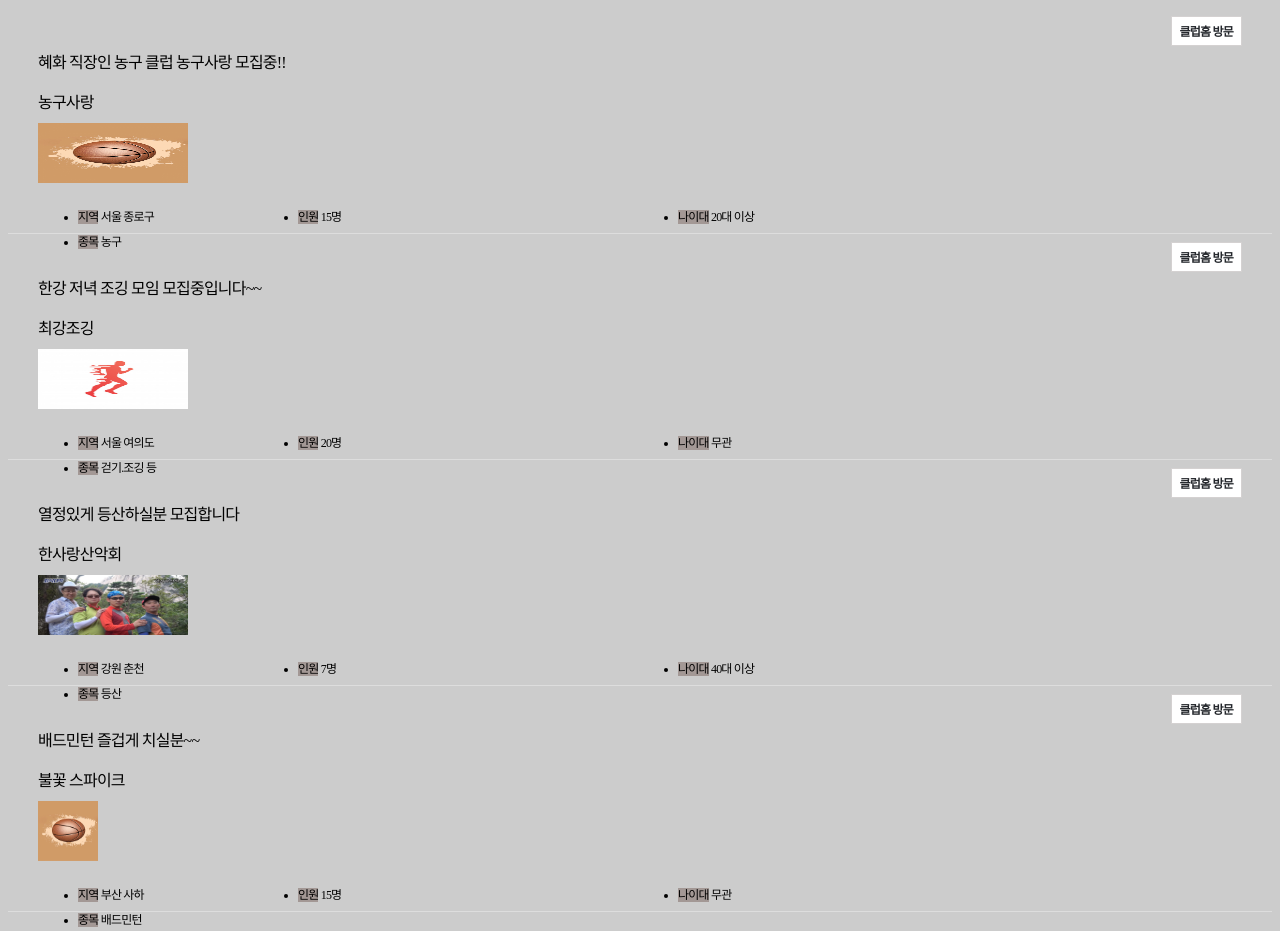
Repository: jaemin333/study
Page: club.html
An editor plug-in stored every save of this project. The page is shown before and after the next save, followed by the edit.
The browser window is 1280 px wide. The pictures show the whole page.

Above is the page before, as saved 2021-07-02 02:37:50.

### club.html
<!DOCTYPE html>
<html lang="ko">
<head>
    <meta charset="UTF-8">
    <meta http-equiv="X-UA-Compatible" content="IE=edge">
    <meta name="viewport" content="width=device-width, initial-scale=1.0">
    <link rel ="stylesheet" type = "text/css" href = "style.css">
    <title>club</title>
</head>
<body>
    <div class = "clubList">
    <div class = "clubBox">
        <p class = "clubTip">
            <a>혜화 직장인 농구 클럽 농구사랑 모집중!!</a>
        </p>
    <div class ="cbClubName">
        <a>농구사랑</a>
        <a class ="iButton">클럽홈 방문</a>
    </div>

    <div class ="cbInfo">
        <div class="cbMark">
            <span class="clubmark">
                <img src = "bask.png" width="150" height="60">
        </div>
    <ul>
        <li>
            <span class = "info dark">지역</span>
             서울 종로구
        </li>
        <li style = "width:380px;">
            <span class = "info dark">인원</span>
             15명
        </li>
        <li style = "width:380px;">
            <span class = "info dark">나이대</span>
             20대 이상
        </li>
        <li style = "width:380px;">
            <span class = "info dark">종목</span>
             농구
        </li>
    </ul>
    </div>
    </div>
    </div>

    <div class = "clubList">
        <div class = "clubBox">
            <p class = "clubTip">
                <a>한강 저녁 조깅 모임 모집중입니다~~</a>
            </p>
        <div class ="cbClubName">
            <a>최강조깅</a>
            <a class ="iButton">클럽홈 방문</a>
        </div>

        <div class ="cbInfo">
            <div class="cbMark">
                <span class="clubmark">
                    <img src = "run.jpg" width="150" height="60">
            </div>
        <ul>
            <li>
                <span class = "info dark">지역</span>
                 서울 여의도
            </li>
            <li style = "width:380px;">
                <span class = "info dark">인원</span>
                 20명
            </li>
            <li style = "width:380px;">
                <span class = "info dark">나이대</span>
                 무관
            </li>
            <li style = "width:380px;">
                <span class = "info dark">종목</span>
                 걷기.조깅 등
            </li>
        </ul>
        </div>
        </div>
        </div>

        <div class = "clubList">
            <div class = "clubBox">
                <p class = "clubTip">
                    <a>열정있게 등산하실분 모집합니다</a>
                </p>
            <div class ="cbClubName">
                <a>한사랑산악회</a>
                <a class ="iButton">클럽홈 방문</a>
            </div>

            <div class ="cbInfo">
                <div class="cbMark">
                    <span class="clubmark">
                        <img src = "hike.png" width="150" height="60">
                </div>
            <ul>
                <li>
                    <span class = "info dark">지역</span>
                     강원 춘천
                </li>
                <li style = "width:380px;">
                    <span class = "info dark">인원</span>
                     7명
                </li>
                <li style = "width:380px;">
                    <span class = "info dark">나이대</span>
                     40대 이상
                </li>
                <li style = "width:380px;">
                    <span class = "info dark">종목</span>
                     등산
                </li>
            </ul>
            </div>
            </div>
            </div>


            <div class = "clubList">
                <div class = "clubBox">
                    <p class = "clubTip">
                        <a>배드민턴 즐겁게 치실분~~</a>
                    </p>
                <div class ="cbClubName">
                    <a>불꽃 스파이크</a>
                    <a class ="iButton">클럽홈 방문</a>
                </div>

                <div class ="cbInfo">
                    <div class="cbMark">
                        <span class="clubmark">
                            <img src = "bask.png" width="60" height="60">
                    </div>
                <ul>
                    <li>
                        <span class = "info dark">지역</span>
                         부산 사하
                    </li>
                    <li style = "width:380px;">
                        <span class = "info dark">인원</span>
                         15명
                    </li>
                    <li style = "width:380px;">
                        <span class = "info dark">나이대</span>
                         무관
                    </li>
                    <li style = "width:380px;">
                        <span class = "info dark">종목</span>
                         배드민턴
                    </li>
                </ul>
                </div>
                </div>
                </div>








</body>
</html>

### style.css
div {
    display:block;
}



body {
    background-color: #ccc;
    word-break: break-all;
    -ms-word-break: break-all;
    letter-spacing: -0.050em;
}


.clubBox{
    position: relative;
    padding: 25px 30px 30px 30px;
    border-bottom: 1px solid #dddddd;
}


ul{
    display: block;
    margin-block-start: 1em;
    margin-block-end: 1em;
    margin-inline-start: 0px;
    margin-inline-end: 0px;
    padding-inline-start: 40px;
}

.clubBox li .info.dark{
    background-color: #a39895;
}

.iButton {
    display: inline-block;
    height: 18px;
    padding: 5px 8px;
    font-size: 12px;
    font-weight: bold;
    color: #24272c;
    text-align: center;
    background-color: white;
    border: 1px solid #d4d1d1;
}

.clubBox .iButton {
    position: absolute;
    top: 8px;
    right: 30px;
}

li {
    display: list-item;
    text-align: -webkit-match-parent;
}

.clubBox .cbInfo li {
    float: left;
    width: 220px;
    margin: 4px 0 3px 0;
    font-size: 12px;
    color: black;
}

.cbClubName {
    padding-bottom: 10px;
}

After the next save:
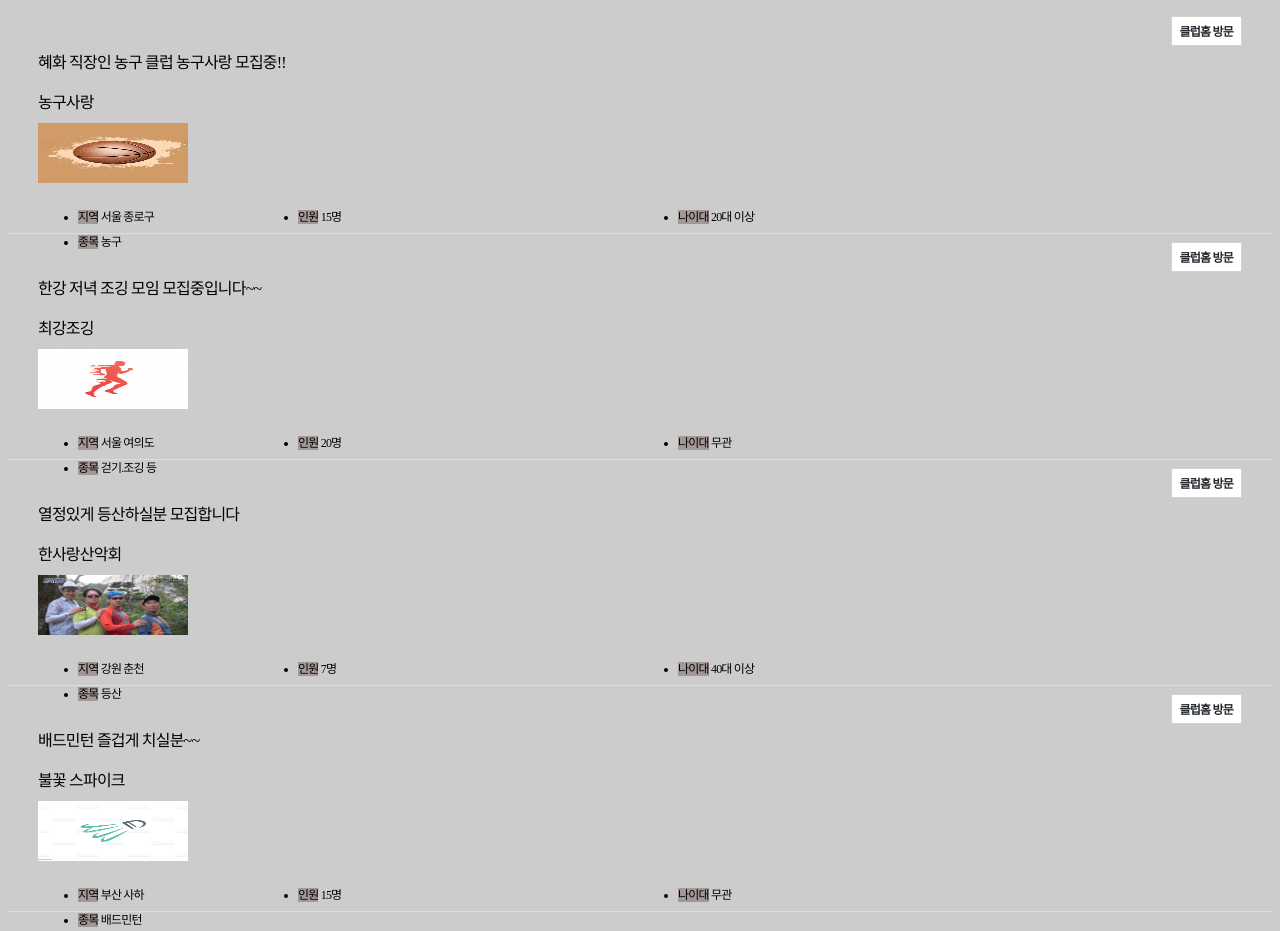
Saved 55 s later.
--- a/club.html
+++ b/club.html
@@ -133,7 +133,7 @@
                 <div class ="cbInfo">
                     <div class="cbMark">
                         <span class="clubmark">
-                            <img src = "bask.png" width="60" height="60">
+                            <img src = "badminton.jpg" width="150" height="60">
                     </div>
                 <ul>
                     <li>
